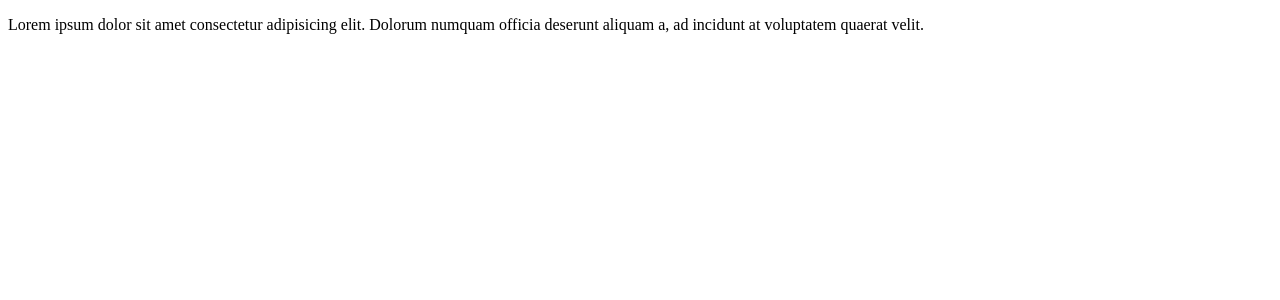
Repository: shazib2023/wtwdt-8
Page: index.html
An editor plug-in stored every save of this project. The page is shown before and after a run of saves, followed by the edit.
The browser window is 1280 px wide. The pictures show the whole page.

Above is the page before, as saved 2023-10-30 14:48:15.

After the next 3 saves:
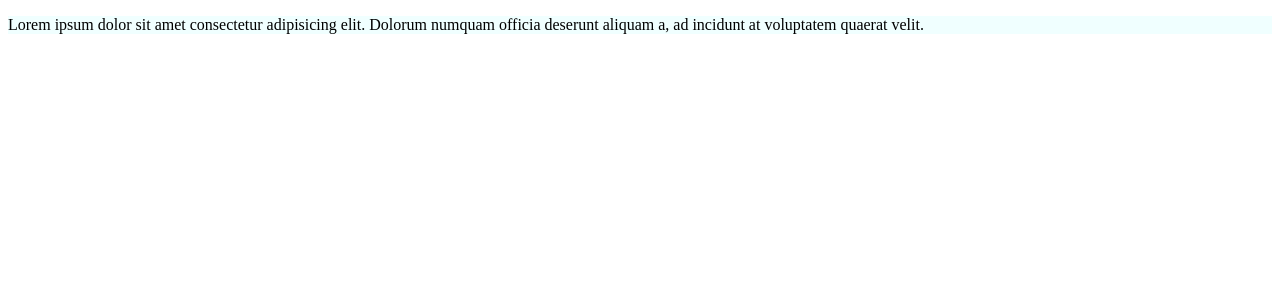
The 3 saves are shown as one change because they came seconds apart.
The last was saved 8 s later.
--- a/index.html
+++ b/index.html
@@ -6,7 +6,7 @@
     <title>Document</title>
 </head>
 <body>
-    <p style="">Lorem ipsum dolor sit amet consectetur adipisicing elit. Dolorum numquam officia deserunt aliquam a, ad incidunt at voluptatem quaerat velit.</p>
+    <p style="background-color: azure;">Lorem ipsum dolor sit amet consectetur adipisicing elit. Dolorum numquam officia deserunt aliquam a, ad incidunt at voluptatem quaerat velit.</p>
 
 </body>
 </html>
